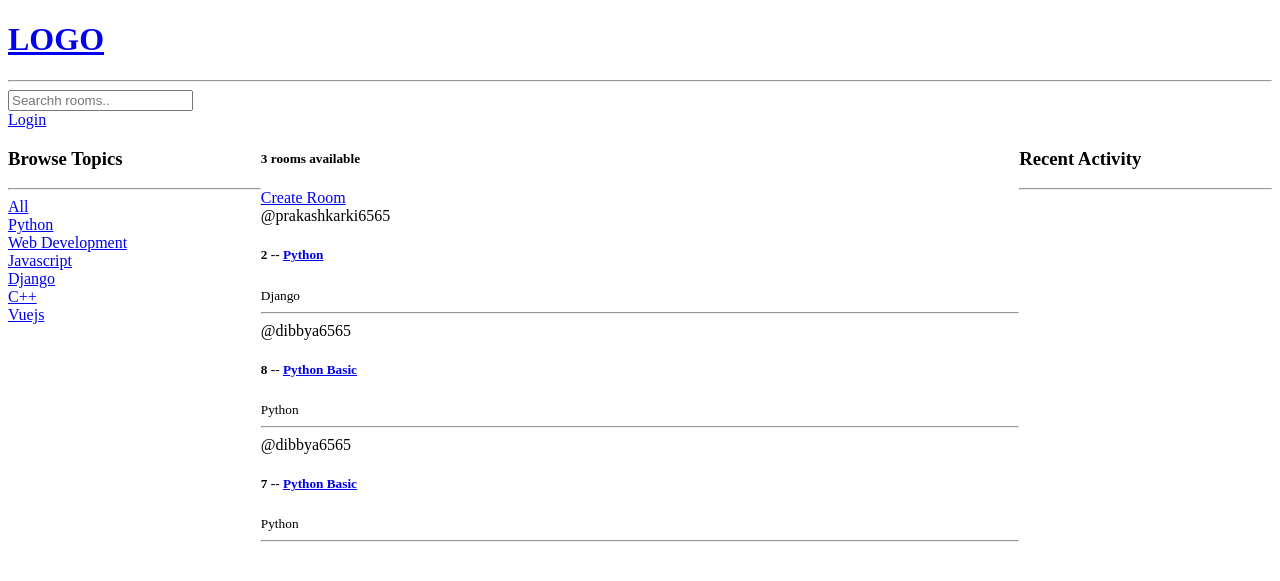
Repository: Dibbya65/Django-Basic
Page: http://localhost/?q=Python
These files come from the project's save history. The page is drawn as it stood at one moment and after the next save; the edit follows.
The browser window is 1280 px wide. The pictures show the whole page.
The page is served by the project's application, run on Django 3.2 (manage.py). Other server files are loaded and not shown. The page reads the database file committed with the project.

Above is the page before, as saved 2021-11-17 23:31:04.

### base/templates/base/home.html
{% extends "layouts/master.html" %} {% block title %} Home {% endblock title %}
{% block content %}
<style>
  .home-container {
    display: grid;
    grid-template-columns: 1fr 3fr 1fr;
  }

</style>
<div class="home-container">
  <div>
    <h3>Browse Topics</h3>
    <hr />
    <div>
      <a href="{% url 'home' %}">All </a>
    </div>
    {%for topic in topics%}
    <div>
      <a href="{% url 'home' %}?q={{topic.name}}">{{topic.name}}</a>
    </div>
    {%endfor%}
  </div>
  <div>
    <h5>{{room_count}} rooms available</h5>
    <a href="{% url 'create-room' %}">Create Room</a>
    {% for room in rooms %}
    <div>
      {% if request.user == room.host %}

      <a href="{% url 'update-room' room.id %}">Edit </a>

      <a href="{% url 'delete-room' room.id %}">Delete </a>
      {%endif%}
      <span>@{{room.host.username}}</span>
      <h5>
        {{room.id}} --
        <a href="{% url 'room-detail' room.id %}">{{room.name}}</a>
      </h5>
      <small>{{room.topic.name}}</small>
      <hr />
    </div>
    {% endfor %}
  </div>
  <div>
    <h3>Recent Activity</h3>
    <hr>
    {% for message in room_messages %}
    {% endfor %}
  </div>
</div>
{% endblock content %}

### templates/layouts/master.html
<!DOCTYPE html>
<html lang="en">

  <head>
    <meta charset="UTF-8" />
    <meta http-equiv="X-UA-Compatible" content="IE=edge" />
    <meta name="viewport" content="width=device-width, initial-scale=1.0" />
    <title>MySite | {% block title %} {% endblock %}</title>
  </head>

  <body>
    <a href="/">
      <h1>LOGO</h1>
    </a>
    <hr>
    <form action="{% url 'home' %}" method="GET">
      <input type="text" name="q" placeholder="Searchh rooms.." />
    </form>
    {% if request.user.is_authenticated %}
    <p>Hello {{ request.user.username }}</p>
    <a href="{% url 'logout' %}">Logout</a>
    {%else%}
    <a href="{% url 'login' %}">Login</a>
    {% endif %}
    {% if messages %}
    <ul class="messages">
      {% for message in messages %}
      <li>{{ message }}</li>
      {% endfor %}
    </ul>
    {% endif %}
    {% block content %}{% endblock %}
  </body>

</html>

### base/models.py
from django.db import models
from django.contrib.auth.models import User

# Create your models here.


# topic model
class Topic(models.Model):
    name = models.CharField(max_length=200)

    def __str__(self):
        return self.name


# room model


class Room(models.Model):
    host = models.ForeignKey(User, on_delete=models.SET_NULL, null=True)
    topic = models.ForeignKey(Topic, on_delete=models.SET_NULL, null=True)
    name = models.CharField(max_length=200)
    description = models.TextField(null=True, blank=True)
    participants = models.ManyToManyField(User, related_name="participants", blank=True)
    Active = "Active"
    Deactive = "Deactive"
    STATUS_CHOICE = ((Active, Active), (Deactive, Deactive))
    status = models.CharField(max_length=50, choices=STATUS_CHOICE, default=Deactive)
    created_at = models.DateTimeField(auto_now_add=True)
    updated_at = models.DateTimeField(auto_now=True)

    class Meta:
        ordering = ["-updated_at", "-created_at"]

    # string representation
    def __str__(self):
        return self.name


# message model


class Message(models.Model):
    user = models.ForeignKey(User, on_delete=models.CASCADE)
    room = models.ForeignKey(Room, on_delete=models.CASCADE)
    body = models.TextField()
    created_at = models.DateTimeField(auto_now_add=True)
    updated_at = models.DateTimeField(auto_now=True)

    def __str__(self):
        return self.body[0:50]

### base/views.py
from django.shortcuts import render, redirect
from django.http import HttpResponse
from django.db.models import Q
from django.contrib.auth.models import User
from django.contrib.auth import authenticate, login, logout
from django.contrib.auth.forms import UserCreationForm
from django.contrib import messages
from django.contrib.auth.decorators import login_required
from .models import Room, Topic, Message
from .forms import RoomForm

# Create your views here.


def login_page(request):
    page = "login"

    if request.user.is_authenticated:
        return redirect("home")

    if request.method == "POST":
        username = request.POST.get("username").lower()
        password = request.POST.get("password")

        try:
            user = User.objects.get(username=username)
        except:
            messages.error(request, "User does not exist")

        user = authenticate(request, username=username, password=password)

        if user is not None:
            login(request, user)
            return redirect("home")
        else:
            messages.error(request, "Invalid credentials")

    context = {"page": page}
    return render(request, "base/login.html", context)


def logout_user(request):
    logout(request)
    return redirect("home")


def register_page(request):
    form = UserCreationForm()

    if request.method == "POST":
        form = UserCreationForm(request.POST)
        if form.is_valid():
            user = form.save(commit=False)
            user.username = user.username.lower()
            user.save()

            login(request, user)

            return redirect("home")
        else:
            messages.error(request, "User registration failed")

    context = {"form": form}

    return render(request, "base/login.html", context)


def home(request):
    q = request.GET.get("q") if request.GET.get("q") != None else ""
    rooms = Room.objects.filter(
        Q(topic__name__icontains=q) | Q(name__icontains=q) | Q(description__icontains=q)
    )
    topics = Topic.objects.all()
    room_count = rooms.count()
    room_messges = Message.objects.all()

    context = {"rooms": rooms, "topics": topics, "room_count": room_count,'room_messages':room_messges}
    return render(request, "base/home.html", context)


def room(request):
    rooms = Room.objects.all()
    context = {"rooms": rooms}
    return render(request, "base/room.html", context)


def roomdetail(request, pk):
    room = Room.objects.get(id=pk)
    room_messages = room.message_set.all().order_by("-created_at")
    participants = room.participants.all()

    if request.method == "POST":
        message = Message.objects.create(
            user=request.user, room=room, body=request.POST.get("body")
        )
        room.participants.add(request.user)
        return redirect("room-detail", pk=room.id)

    context = {
        "room": room,
        "room_messages": room_messages,
        "participants": participants,
    }
    return render(request, "base/single-room.html", context)


@login_required(login_url="login")
def create_room(request):
    form = RoomForm()
    if request.method == "POST":
        form = RoomForm(request.POST)
        if form.is_valid():
            form.save()
            return redirect("home")

    context = {"form": form}
    return render(request, "base/room_form.html", context)


@login_required(login_url="login")
def update_room(request, pk):
    room = Room.objects.get(id=pk)
    form = RoomForm(instance=room)

    if request.user != room.host:
        return HttpResponse("Unauthenticated!")

    if request.method == "POST":
        form = RoomForm(request.POST, instance=room)
        if form.is_valid():
            form.save()
            return redirect("home")

    context = {"form": form}
    return render(request, "base/room_form.html", context)


@login_required(login_url="login")
def delete_room(request, pk):
    room = Room.objects.get(id=pk)
    if request.user != room.host:
        return HttpResponse("Unauthenticated!")

    if request.method == "POST":
        room.delete()
        return redirect("home")
    return render(request, "base/delete.html", {"obj": room})


@login_required(login_url="login")
def delete_message(request, pk):
    msg = Message.objects.get(id=pk)
    if request.user != msg.user:
        return HttpResponse("Unauthenticated!")

    if request.method == "POST":
        msg.delete()
        return redirect("home")
    return render(request, "base/delete.html", {"obj": msg})

### studybud/urls.py
"""studybud URL Configuration

The `urlpatterns` list routes URLs to views. For more information please see:
    https://docs.djangoproject.com/en/3.2/topics/http/urls/
Examples:
Function views
    1. Add an import:  from my_app import views
    2. Add a URL to urlpatterns:  path('', views.home, name='home')
Class-based views
    1. Add an import:  from other_app.views import Home
    2. Add a URL to urlpatterns:  path('', Home.as_view(), name='home')
Including another URLconf
    1. Import the include() function: from django.urls import include, path
    2. Add a URL to urlpatterns:  path('blog/', include('blog.urls'))
"""
from django.contrib import admin
from django.urls import path, include


urlpatterns = [
    path('admin/', admin.site.urls),
    path('', include('base.urls'))
]

### base/urls.py
from django.urls import path
from . import views

urlpatterns = [
    path("login/", views.login_page, name="login"),
    path("register/", views.register_page, name="register"),
    path("logout/", views.logout_user, name="logout"),
    path("", views.home, name="home"),
    path("room/", views.room, name="room"),
    path("room/<str:pk>", views.roomdetail, name="room-detail"),
    path("create/room/", views.create_room, name="create-room"),
    path("update/room/<str:pk>/", views.update_room, name="update-room"),
    path("delete/room/<str:pk>/", views.delete_room, name="delete-room"),
    path("delete/message/<str:pk>/", views.delete_message, name="delete-message"),
]

### db.sqlite3 (the tables this page reads, as SQL)
CREATE TABLE "auth_user" ("id" integer NOT NULL PRIMARY KEY AUTOINCREMENT, "password" varchar(128) NOT NULL, "last_login" datetime NULL, "is_superuser" bool NOT NULL, "username" varchar(150) NOT NULL UNIQUE, "last_name" varchar(150) NOT NULL, "email" varchar(254) NOT NULL, "is_staff" bool NOT NULL, "is_active" bool NOT NULL, "date_joined" datetime NOT NULL, "first_name" varchar(150) NOT NULL);
INSERT INTO "auth_user" VALUES
(1, 'pbkdf2_sha256$260000$xQxpFxKQ9izBbopr3Dv7HS$ZdGFJYFjajdfBM/ZdnlG6gD0dgX/TKmGyoCCve4Q564=', '2021-11-20 11:25:23.454227', 1, 'dibbya6565', '', 'dibyakarki65@gmail.com', 1, 1, '2021-11-13 15:49:17.112151', ''),
(2, 'pbkdf2_sha256$260000$OcP3oMRwcVFmIc3QPSnltC$GpcmQjPkv0wxmOYWlv/oBQ69CVZRvql5qDH1FvXjTJM=', NULL, 0, 'prakashkarki6565', '', '', 0, 1, '2021-11-14 06:46:21.258105', ''),
(3, 'pbkdf2_sha256$260000$bYZBArIVxYmuNuu5Azzl9d$kAIAJAnHPVaaRNyIMyoHKCgxSXknbwf/ubpWAJYvAxQ=', '2021-11-15 11:51:20.490980', 0, 'prakashkarki6565@gmail.com', '', '', 0, 1, '2021-11-15 11:51:19.976423', ''),
(4, 'pbkdf2_sha256$260000$XQVrpvlajut1jjOP6a31hy$SR7rs3yBHY/pGjCoDxqTx/rkvUNTPMNaSyNaJWyzDpk=', '2021-11-20 08:32:44.875888', 0, 'praksh65', '', '', 0, 1, '2021-11-20 08:32:44.429889', '');

CREATE TABLE "base_message" ("id" integer NOT NULL PRIMARY KEY AUTOINCREMENT, "body" text NOT NULL, "created_at" datetime NOT NULL, "updated_at" datetime NOT NULL, "room_id" bigint NOT NULL REFERENCES "base_room" ("id") DEFERRABLE INITIALLY DEFERRED, "user_id" integer NOT NULL REFERENCES "auth_user" ("id") DEFERRABLE INITIALLY DEFERRED);
INSERT INTO "base_message" VALUES
(3, 'Reference site about Lorem Ipsum, giving information on its origins, as well as a random Lipsum generator.Reference site about Lorem Ipsum, giving information on its origins, as well as a random Lipsum generator.', '2021-11-15 16:03:46.782159', '2021-11-15 16:03:46.782159', 9, 1),
(4, 'Generate Lorem Ipsum placeholder text for use in your graphic, print and web layouts, and discover plugins for your favorite writing, design and blogging', '2021-11-15 16:10:58.585794', '2021-11-15 16:10:58.585794', 9, 2),
(5, 'hello from hello', '2021-11-15 16:20:11.326644', '2021-11-15 16:20:11.326644', 9, 1),
(6, 'hello from hello', '2021-11-15 16:28:25.796169', '2021-11-15 16:28:25.796169', 9, 1),
(7, 'hello from hello', '2021-11-15 16:29:16.660659', '2021-11-18 15:37:50.359985', 9, 3),
(8, 'adfasdfasdfsadf', '2021-11-17 11:33:58.185912', '2021-11-17 11:33:58.185912', 9, 1),
(9, 'hey there', '2021-11-17 12:49:37.332335', '2021-11-17 12:49:37.332335', 4, 1),
(10, 'hello from hello', '2021-11-17 12:50:13.252612', '2021-11-18 15:37:45.139973', 4, 2),
(12, 'Hello there I am trying to learning c++', '2021-11-20 06:15:42.120664', '2021-11-20 06:15:42.120664', 12, 1);

CREATE TABLE "base_room" ("id" integer NOT NULL PRIMARY KEY AUTOINCREMENT, "name" varchar(200) NOT NULL, "description" text NULL, "status" varchar(50) NOT NULL, "created_at" datetime NOT NULL, "updated_at" datetime NOT NULL, "host_id" integer NULL REFERENCES "auth_user" ("id") DEFERRABLE INITIALLY DEFERRED, "topic_id" bigint NULL REFERENCES "base_topic" ("id") DEFERRABLE INITIALLY DEFERRED);
INSERT INTO "base_room" VALUES
(2, 'Python', '', 'Deactive', '2021-11-14 05:23:25.762339', '2021-11-18 15:37:04.256833', 2, 4),
(4, 'MERN', 'LLLLLLLLLLLLLLLLLLLLLLLLLLLLLLLLLLLLLLLorem', 'Deactive', '2021-11-14 05:23:38.846450', '2021-11-17 11:30:16.453294', 1, 3),
(7, 'Python Basic', '', 'Deactive', '2021-11-14 12:32:58.730800', '2021-11-14 12:32:58.730800', 1, 1),
(8, 'Python Basic', '', 'Deactive', '2021-11-15 09:51:28.888430', '2021-11-15 09:51:28.888430', 1, 1),
(9, 'Django Room', 'Reference site about Lorem Ipsum, giving information on its origins, as well as a random Lipsum generator.', 'Deactive', '2021-11-15 09:53:06.866918', '2021-11-17 11:29:38.106094', 2, 4),
(10, 'Study Reactjs', 'Hello from learning react js', 'Active', '2021-11-18 13:20:54.521854', '2021-11-18 13:20:54.522855', 1, 3),
(11, 'Are you interest in Learning Web Development?', 'Lorem ipsum, or lipsum as it is sometimes known, is dummy text used in laying out print, graphic or web designs. The passage is attributed to an unknown ...', 'Active', '2021-11-19 12:49:53.172046', '2021-11-19 12:49:53.172046', 1, 2),
(12, 'Let''s Learn C++ Gaming', 'Lorem ipsum is a pseudo-Latin text used in web design, typography, layout, and printing in place of English to emphasise design elements over content. It''s also ...', 'Deactive', '2021-11-19 15:34:35.009148', '2021-11-19 15:41:00.554091', 1, 5),
(13, 'Vuejs Frontent', 'Reference site about Lorem Ipsum, giving information on its origins, ...Reference site about Lorem Ipsum, giving information on its origins, ...', 'Deactive', '2021-11-20 10:40:24.435527', '2021-11-20 10:40:24.435527', 4, 6);

CREATE TABLE "base_topic" ("id" integer NOT NULL PRIMARY KEY AUTOINCREMENT, "name" varchar(200) NOT NULL);
INSERT INTO "base_topic" VALUES
(1, 'Python'),
(2, 'Web Development'),
(3, 'Javascript'),
(4, 'Django'),
(5, 'C++'),
(6, 'Vuejs ');

After the next save:
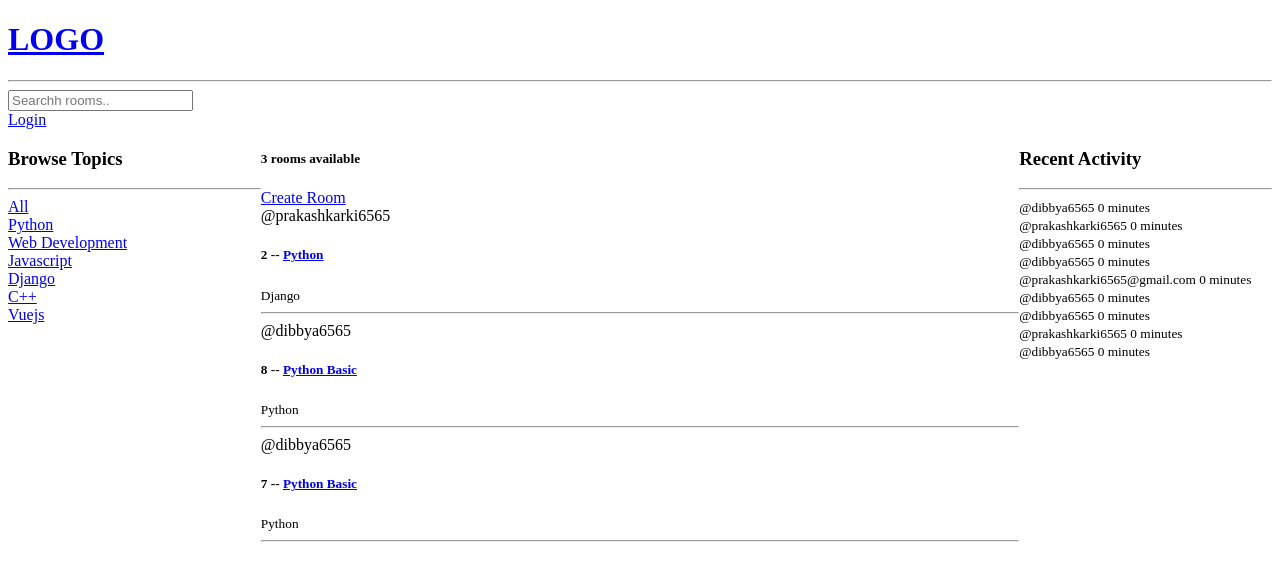
Saved 57 s later.
--- a/base/templates/base/home.html
+++ b/base/templates/base/home.html
@@ -45,6 +45,9 @@
     <h3>Recent Activity</h3>
     <hr>
     {% for message in room_messages %}
+      <div>
+        <small>@{{message.user}} {{message.created_at|timesince}}</small>
+      </div>
     {% endfor %}
   </div>
 </div>
